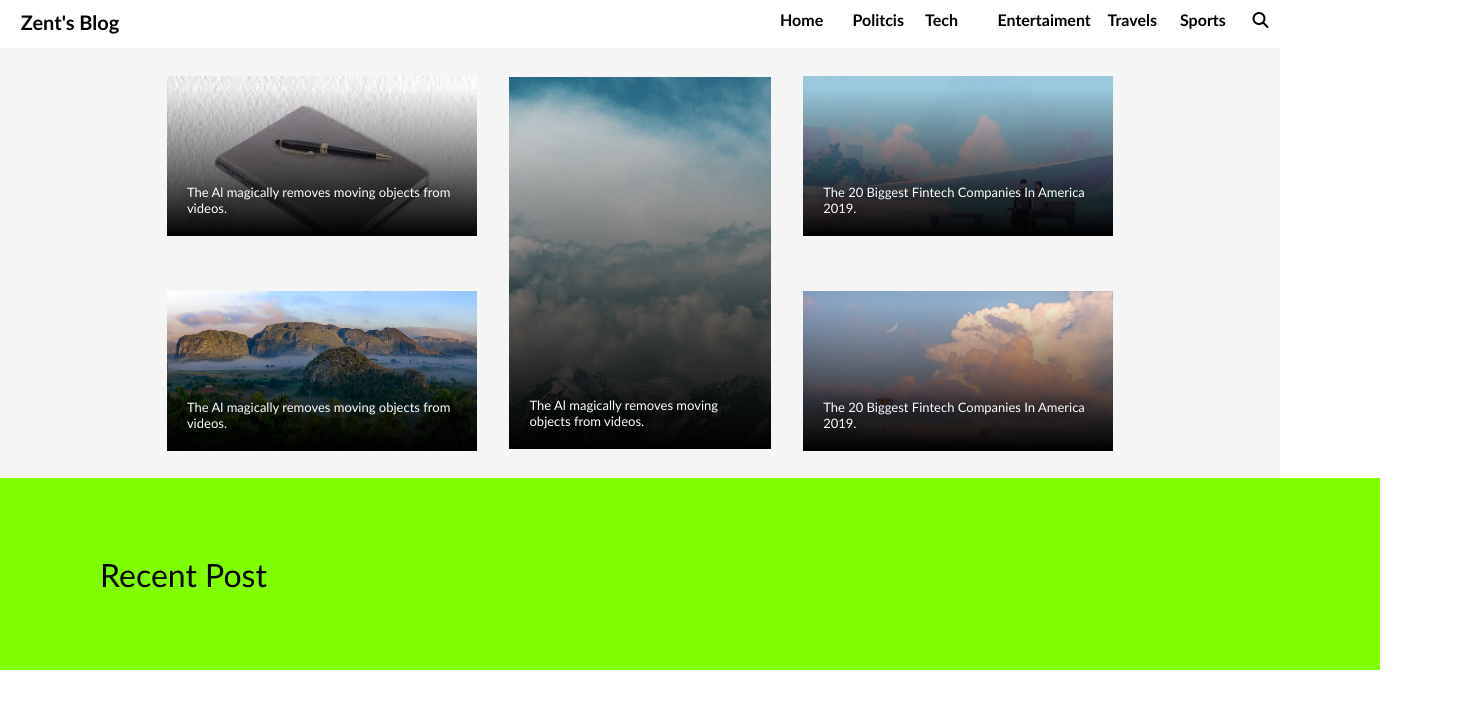
Repository: giacatdat2k5/html3
Page: html3.vs/7.1.html
The author's editor kept a copy of each file at every save. The page is drawn from the files as they stood at one save, then again after a run of saves.
The browser window is 1280 px wide. The page is 1380 px wide, then 1462 px, so the pictures cover 1462 px, including what lies to the right of the window. The pictures show the whole page.

Above is the page before, as saved 2023-09-27 14:50:17.

After the next 2 saves:
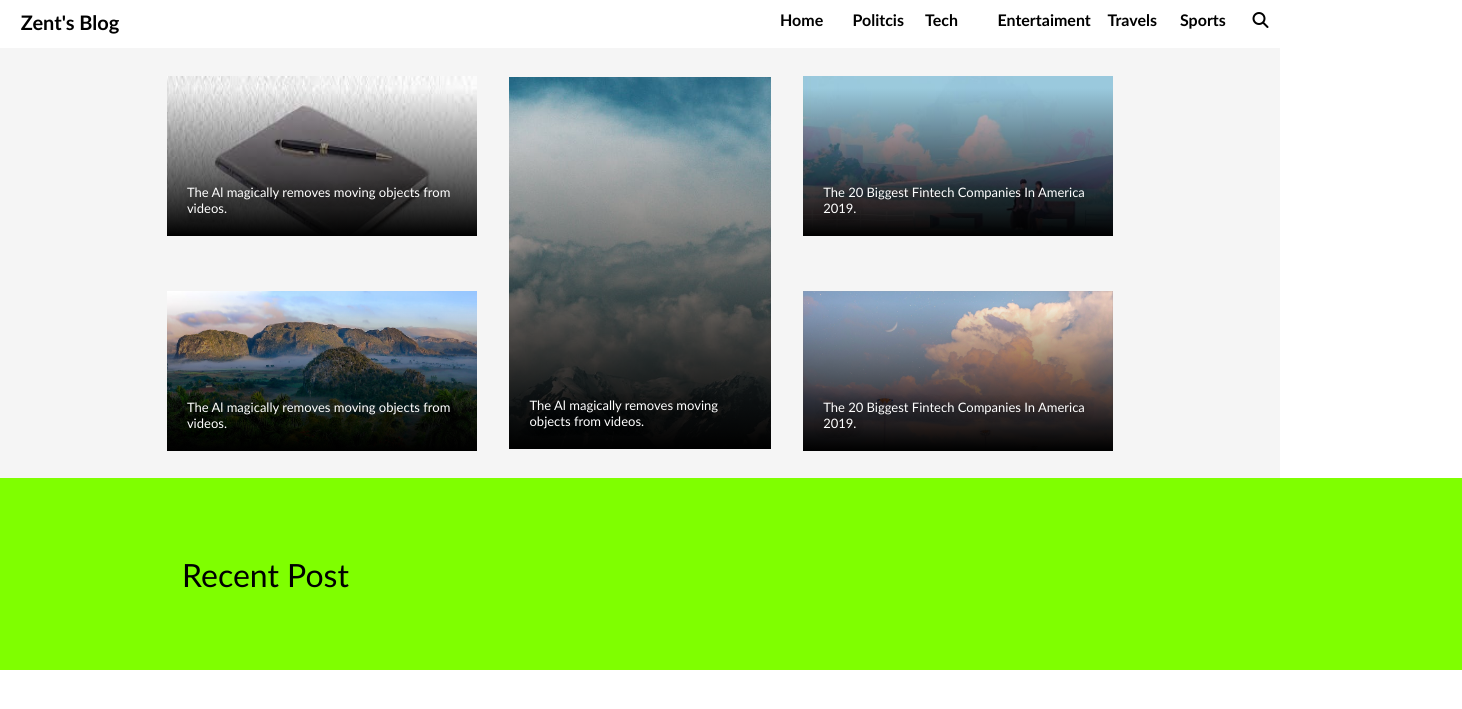
The 2 saves are shown as one change because they came seconds apart.
The last was saved 15 s later.
--- a/html3.vs/7.1.css
+++ b/html3.vs/7.1.css
@@ -143,6 +143,6 @@
     font-size:xx-large;
     display: flex;
     align-items: center;
-    padding-left: 100px;
+    padding-left: 182px;
 }
 }
